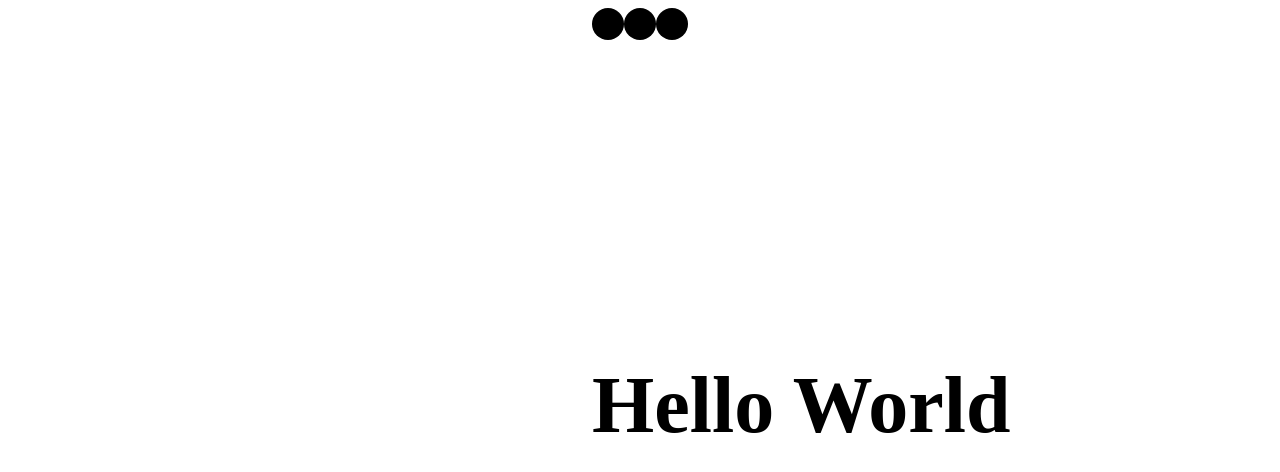
Repository: sarahlochhead/css-demo
Page: index.html
The author's editor kept a copy of each file at every save. The page is drawn from the files as they stood at one save, then again after the next save.
The browser window is 1280 px wide. The pictures show the whole page.

Above is the page before, as saved 2023-04-28 12:24:45.

### index.html
<!DOCTYPE html>
<html lang="en">
<head>
    <meta charset="UTF-8">
    <meta http-equiv="X-UA-Compatible" content="IE=edge">
    <meta name="viewport" content="width=device-width, initial-scale=1.0">
    <title>Light It Up Demo</title>
    <link rel="stylesheet" href="styles.css">
</head>
<body class="container">
    <header>
        <h1>Hello World</h1>
    </header>
    <div class="row">


    </div>

    <div class="small"></div>
    <div class="small"></div>
    <div class="small"></div>







</body>
</html>

### styles.css
@charset "utf-8";

body {
    display: flex;
    justify-content: center;
    align-items: center;
}

h1 {
    position: absolute;
    top: 50%;
    font-size: 5rem;
    margin: 0 auto;
}

.small {
    height: 2rem;
    width: 2rem;
    border-radius: 100%;
    background-color: black;
}

.medium {
    height: 4rem;
    width: 4rem;
    border-radius: 100%;
    background-color: grey;
}

After the next save:
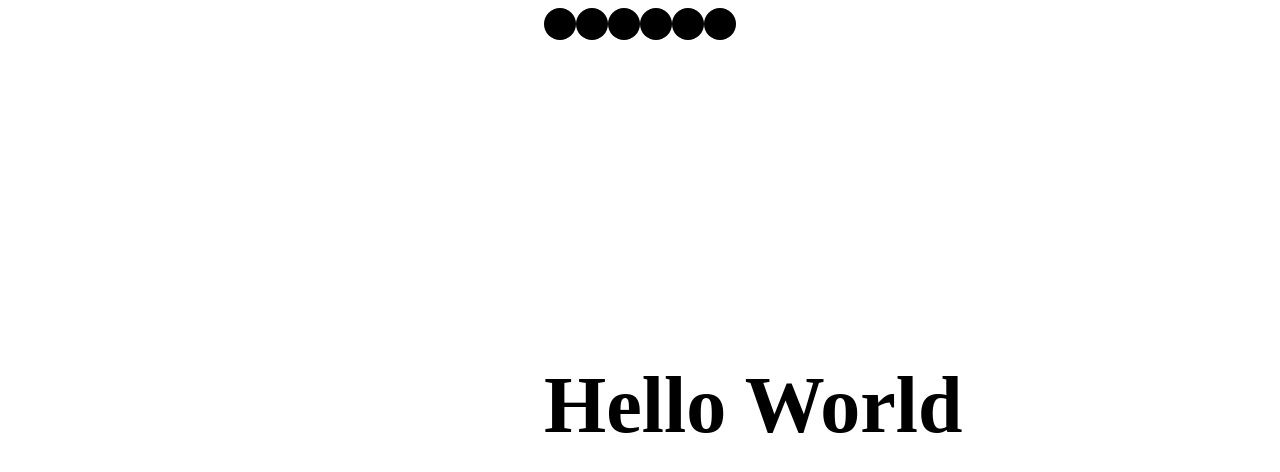
Saved 7 s later.
--- a/index.html
+++ b/index.html
@@ -19,6 +19,9 @@
     <div class="small"></div>
     <div class="small"></div>
     <div class="small"></div>
+    <div class="small"></div>
+    <div class="small"></div>
+    <div class="small"></div>
 
 
 
